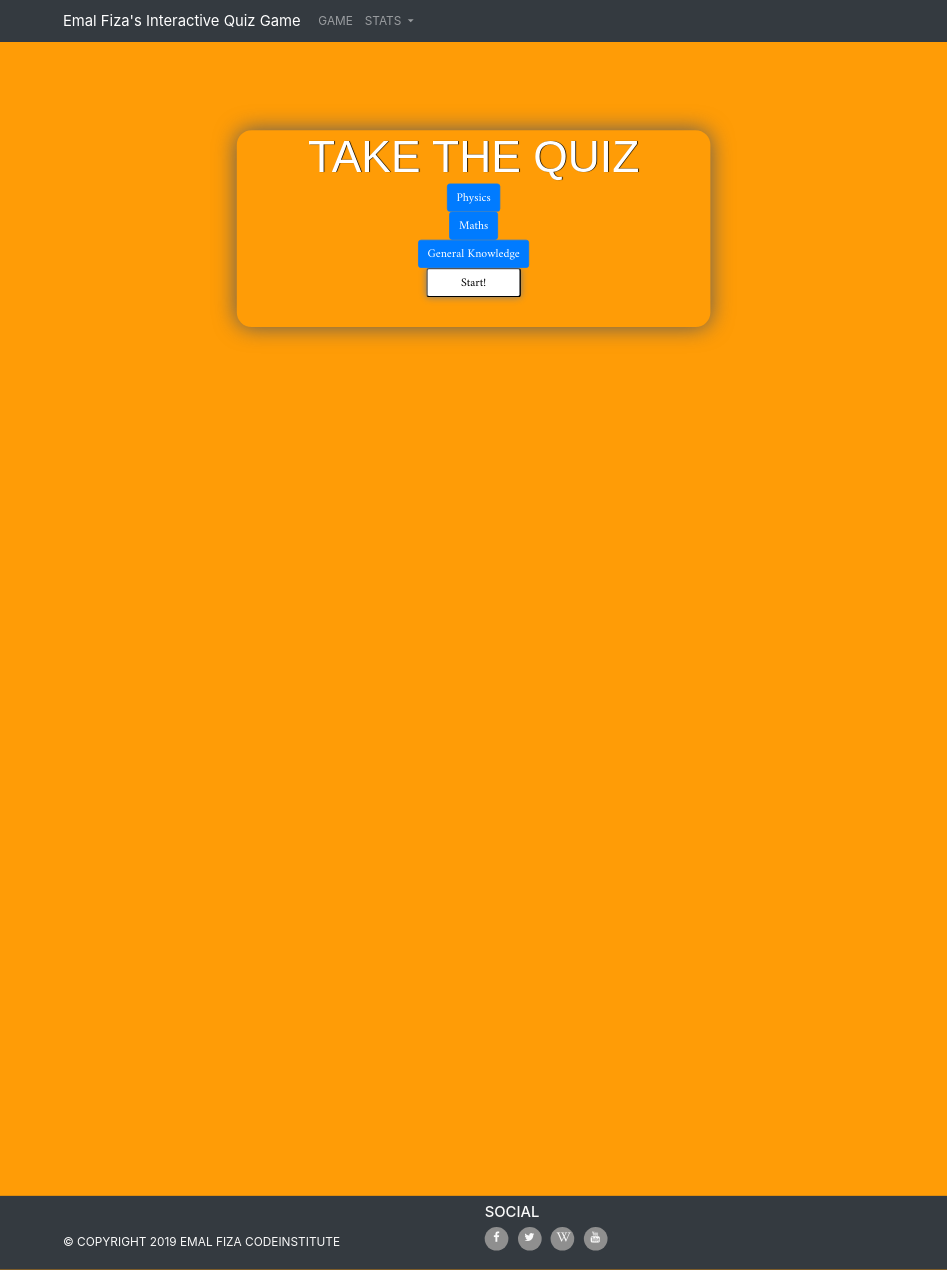
Repository: emalfiza/interactive-quiz-game
Page: index.html
The author's editor kept a record of every edit. The page is drawn from the files as they stood at one moment, then again after the next edit.
The browser window is 1280 px wide. The pictures show the whole page, at 74% of full size.
Some web fonts or font styles are not loaded; a fallback is used. Some web libraries are served in a nearby version.

Above is the page before.
Console error: TypeError: $(...).scrollspy is not a function

After the next edit:
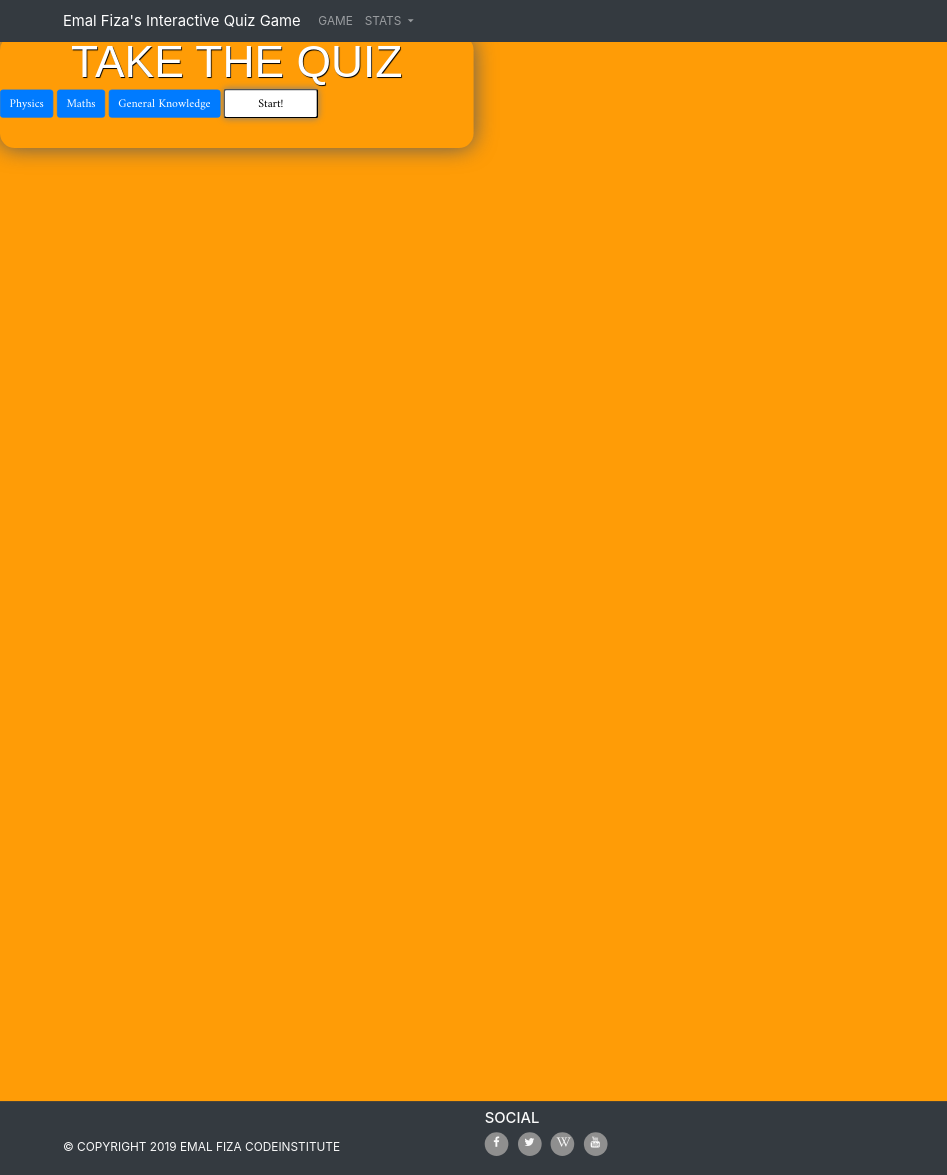
The edit:
--- a/assets/css/style.css
+++ b/assets/css/style.css
@@ -131,11 +131,7 @@
 }
 
 #fullQuiz {
-	display: flex;
-	justify-content: center;
-	flex-direction: column;
-	margin-top: 10%;
-    margin-left: 25%;
+
 }
 
 #quizDiv {

After the edit that followed:
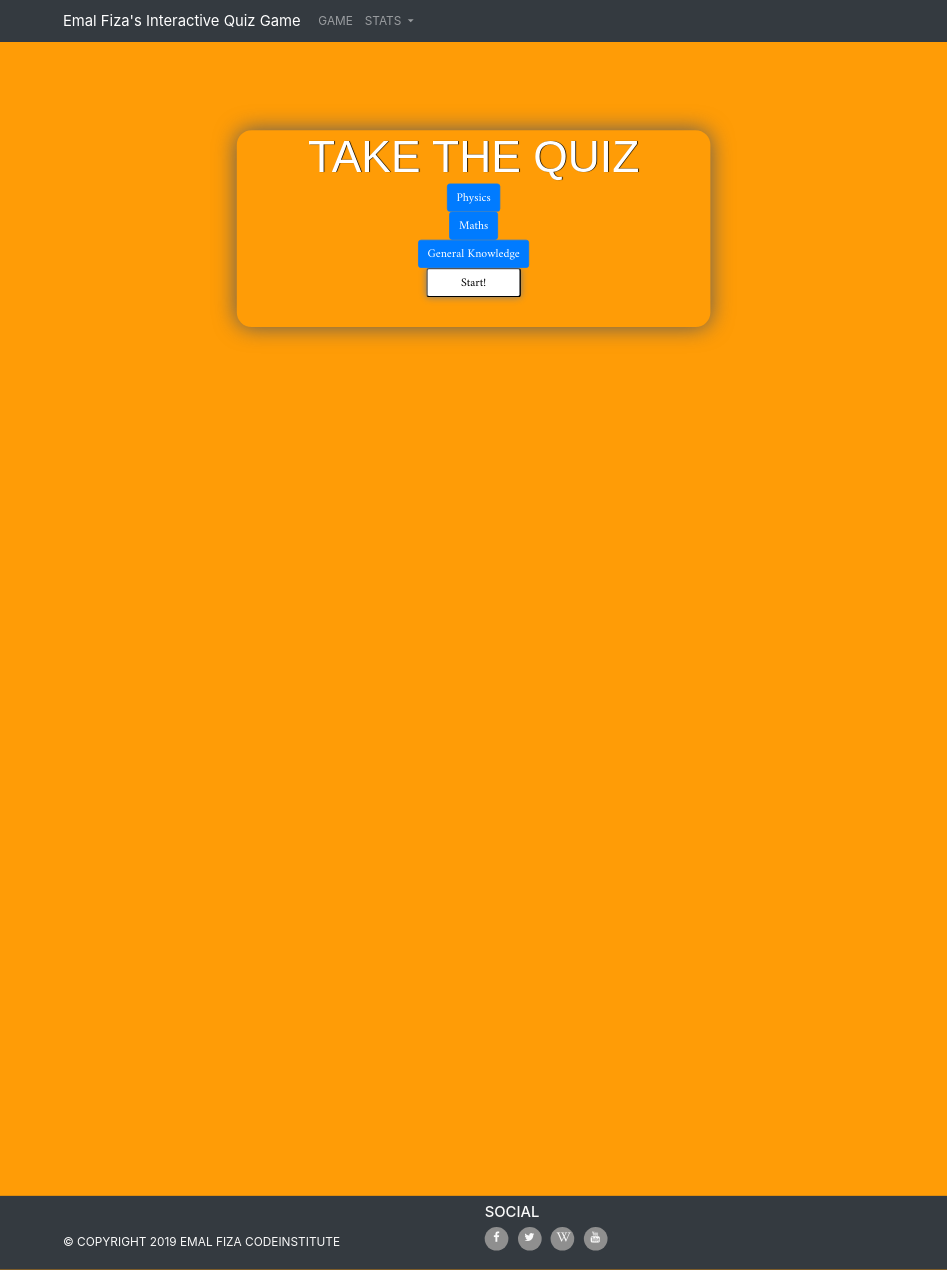
The edit:
--- a/assets/css/style.css
+++ b/assets/css/style.css
@@ -116,6 +116,11 @@
 
 #fullQuiz {
 	width: 50%;
+	display: flex;
+	justify-content: center;
+	flex-direction: column;
+	margin-top: 10%;
+    margin-left: 25%;
 	border-radius: 20px;
     animation: newColorChange 50s infinite;
 	-webkit-animation: newColorChange 50s infinite; /* Chrome and Safari */
